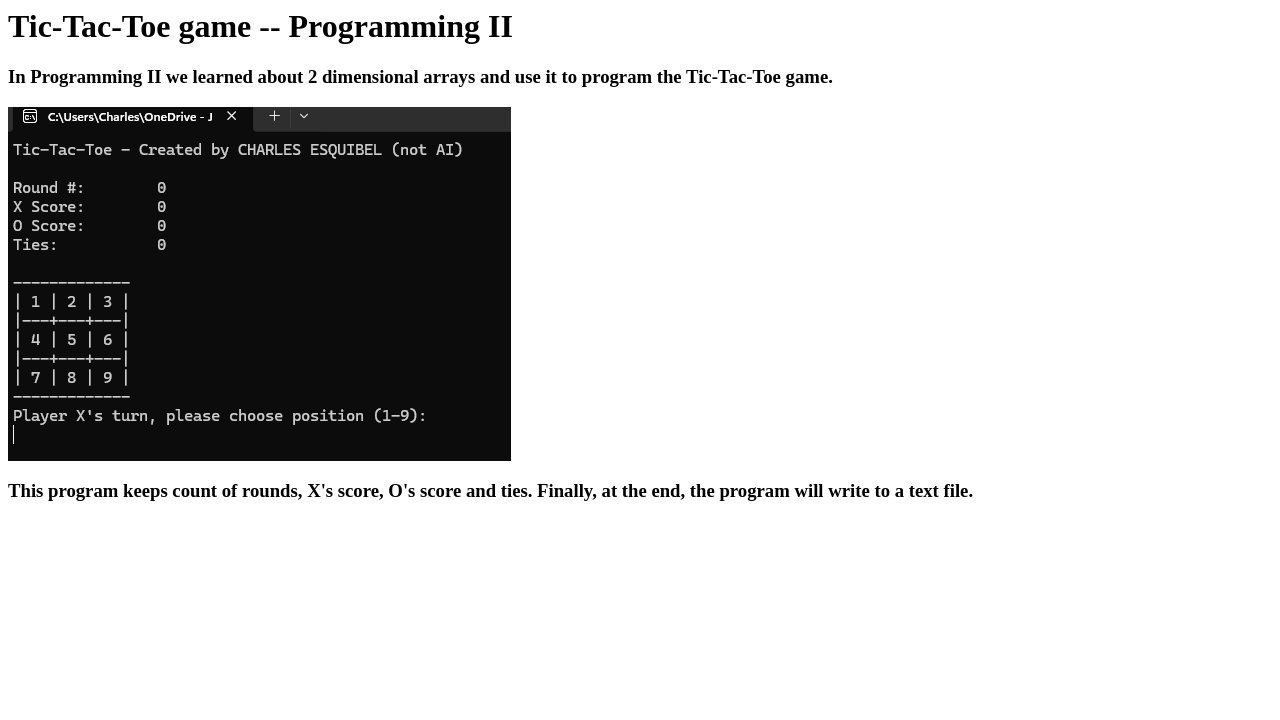
Repository: vGitCharles/vGitCharles
Page: pages/TicTacToe.html
The author's editor kept a copy of each file at every save. The page is drawn from the files as they stood at one save, then again after the next save.
The browser window is 1280 px wide. The pictures show the whole page.

Above is the page before, as saved 2026-05-15 23:06:57.

After the next save:
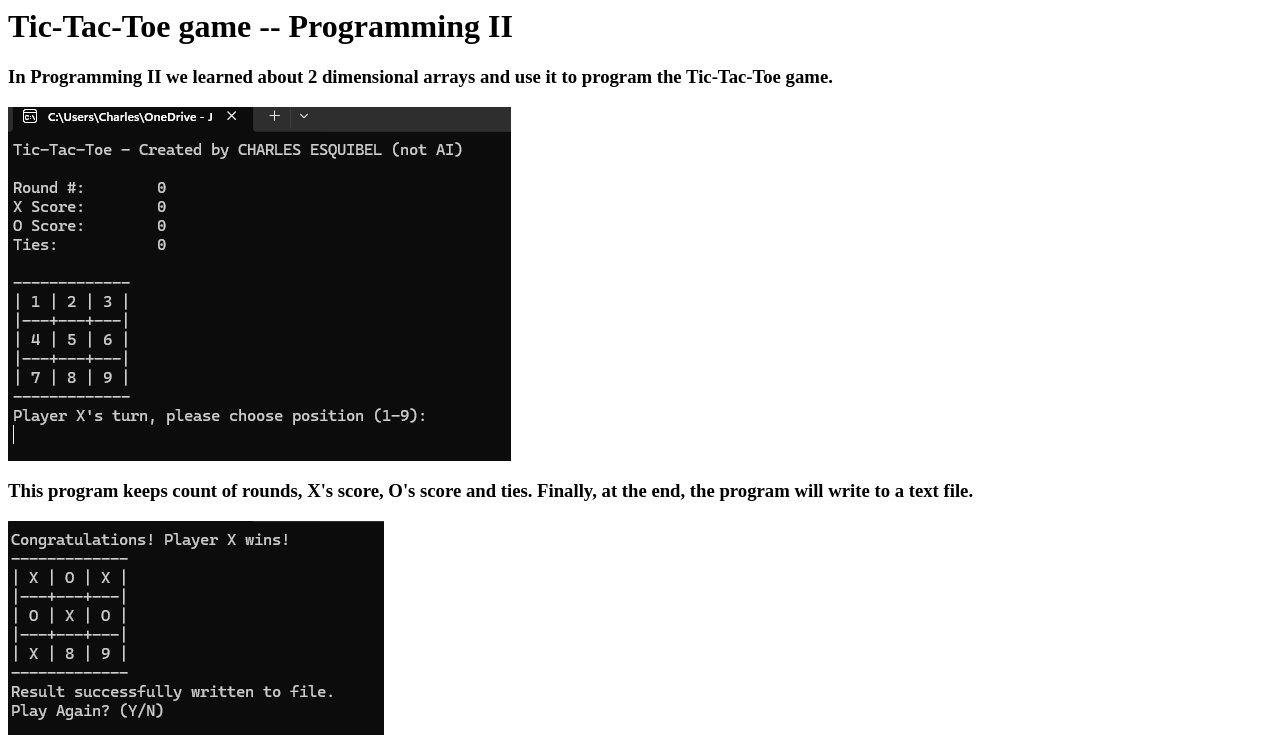
Saved 68 s later.
--- a/pages/TicTacToe.html
+++ b/pages/TicTacToe.html
@@ -14,4 +14,4 @@
 
     </h3>
 </p>
-<img src="/assets/images/TicTacToe2.png"
+<img src="/assets/images/TicTacToe2.png" alt="Tic Tac Toe end result">
